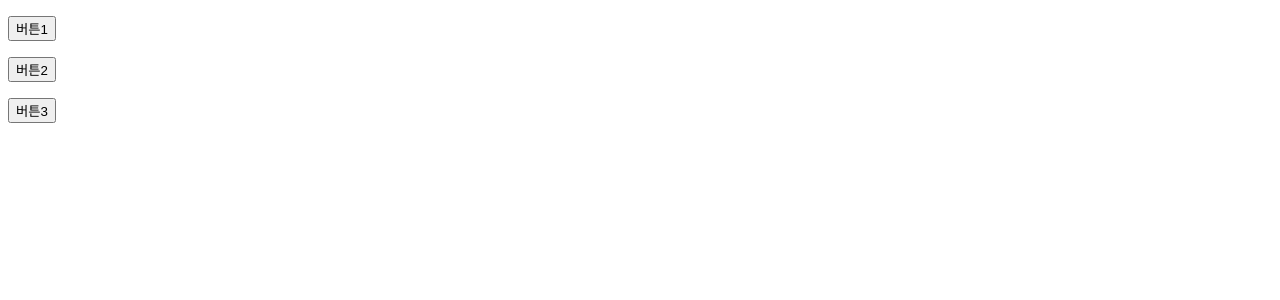
Repository: reddrinkbro/JSPStudy
Page: javascript/WebContent/6이벤트/event_1.html
These files come from the project's save history. The page is drawn as it stood at one moment and after the next save; the edit follows.
The browser window is 1280 px wide. The pictures show the whole page.

Above is the page before, as saved 2020-04-17 00:51:17.

After the next save:
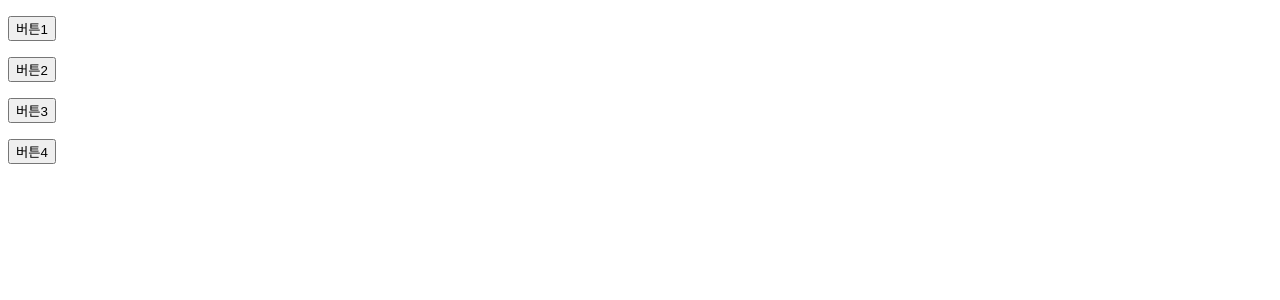
Saved 2 min 27 s later.
--- a/javascript/WebContent/6이벤트/event_1.html
+++ b/javascript/WebContent/6이벤트/event_1.html
@@ -38,6 +38,11 @@
 			btn2.onclick = function(){
 				colorBg(); //함수 호출하여 배경색상이 변경되게 하기
 			}
+			//[버튼2]를 클릭할때 마다 colorBg()함수를 호출해 body요소의 배경색상이 바뀌도록 하게 하기
+			var btn4 = document.getElementById("btn4");
+			btn4.onmouseleave = function(){
+				colorBg(); //함수 호출하여 배경색상이 변경되게 하기
+			}
 		}
 	</script>
 </head>
@@ -52,8 +57,14 @@
 		<button id = "btn2">버튼2</button>
 	</p>
 	<p>
-		<!-- 1. [버튼3]에 마우스 포인터를 올렸을때 colorBg()함수를 호출함. -->
-		<button onmouseover = "colorBg();" onmouseleave="colorBg();">버튼3</button>
+		<!-- 1. [버튼3]에 마우스 포인터를 올렸을때 colorBg()함수를 호출함.
+				[버튼3] 태그에 직접 이벤트를 등록  -->
+		<button onmouseover = "colorBg();">버튼3</button>
+	</p>
+	<p>
+		<!-- 2. 마우스 포인터가 [버튼4]영역을 벗어 났을때..colorBg()함수를 호출하게 하기
+				[버튼4]를 자바스크립트구문으로 선택하여 이벤트 등록 -->
+		<button id ="btn4">버튼4</button>
 	</p>
 </body>
 </html>
